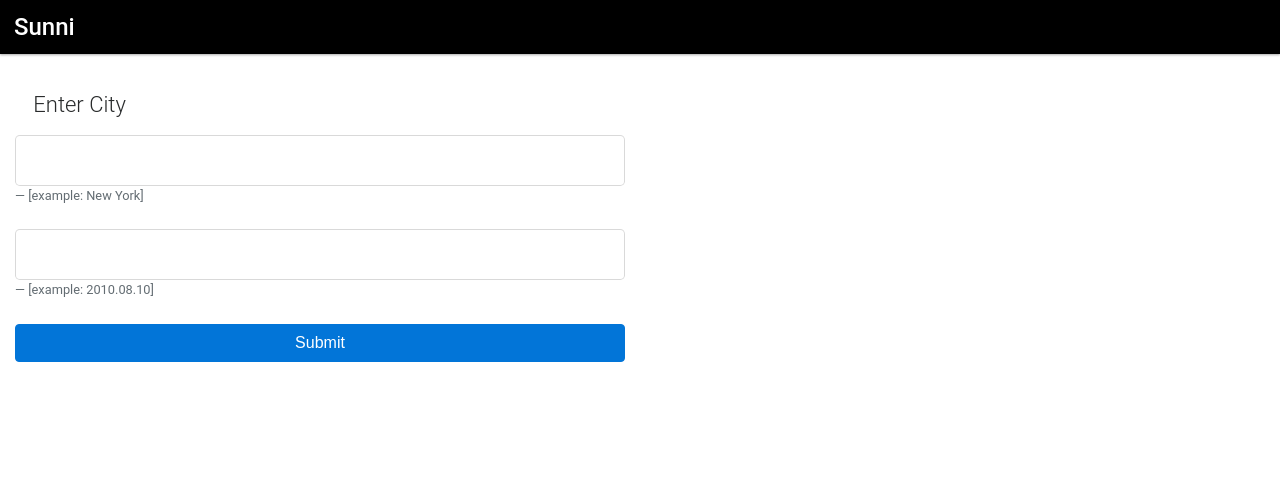
Repository: Oakga/Weather_app
Page: index.html
The author's editor kept a copy of each file at every save. The page is drawn from the files as they stood at one save, then again after a run of saves.
The browser window is 1280 px wide. The pictures show the whole page.

Above is the page before, as saved 2017-09-22 06:22:39.
Console error: SyntaxError: Unexpected token 'const'

After the next 2 saves:
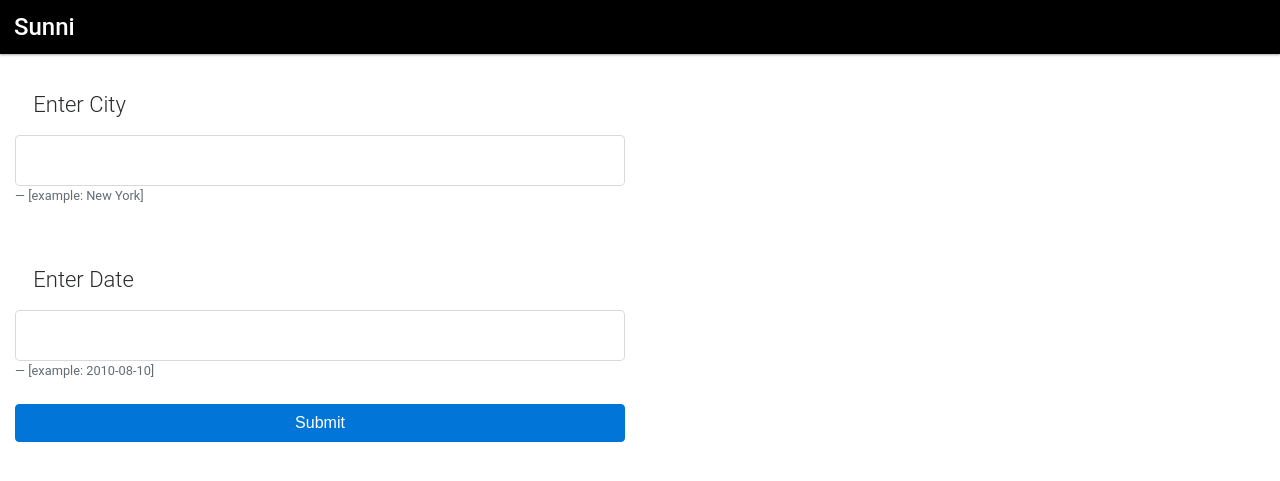
The 2 saves are shown as one change because they came seconds apart.
The last was saved 23 s later.
--- a/index.html
+++ b/index.html
@@ -14,13 +14,12 @@
     <div class="container-fluid">
         <div class="row">
             <div class="col">
-                <h2>Enter City</h2>
                 <form id="location-form">
-                    <input type="text" id="location-input" class="form-control form-control-lg "/>
+                    <h2>Enter City</h2><input type="text" id="location-input" class="form-control form-control-lg "/>
                     <footer class="blockquote-footer">[example: New York]</footer>
                     <br>
-                    <input type="text" id="date-input" class="form-control form-control-lg "/>
-                    <footer class="blockquote-footer">[example: 2010.08.10]</footer>
+                    <h2>Enter Date</h2><input type="text" id="date-input" class="form-control form-control-lg "/>
+                    <footer class="blockquote-footer">[example: 2010-08-10]</footer>
                     <br>
                     <button type="submit" class="btn btn-primary btn-block">Submit</button>
                 </form>
